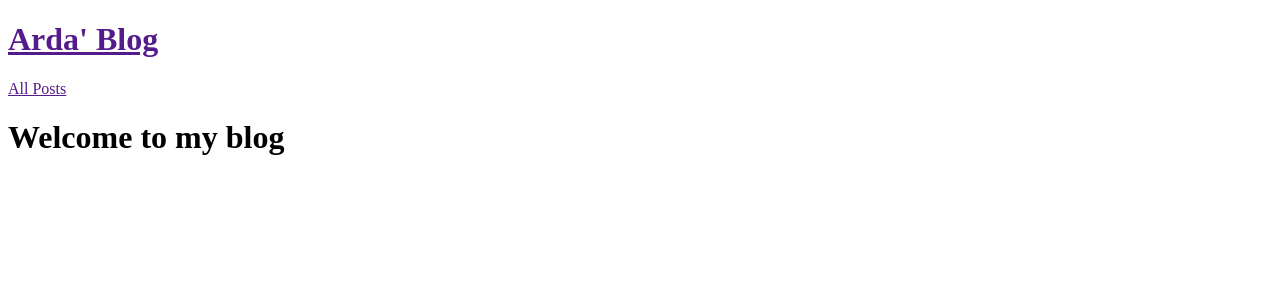
Repository: ardagungunes/my-blog
Page: http://localhost/
The author's editor kept a copy of each file at every save. The page is drawn from the files as they stood at one save, then again after a run of saves.
The browser window is 1280 px wide. The pictures show the whole page.
The page is served by the project's application, run on Django 5.2 (manage.py).

Above is the page before, as saved 2024-07-25 17:52:15.

After the next 2 saves:
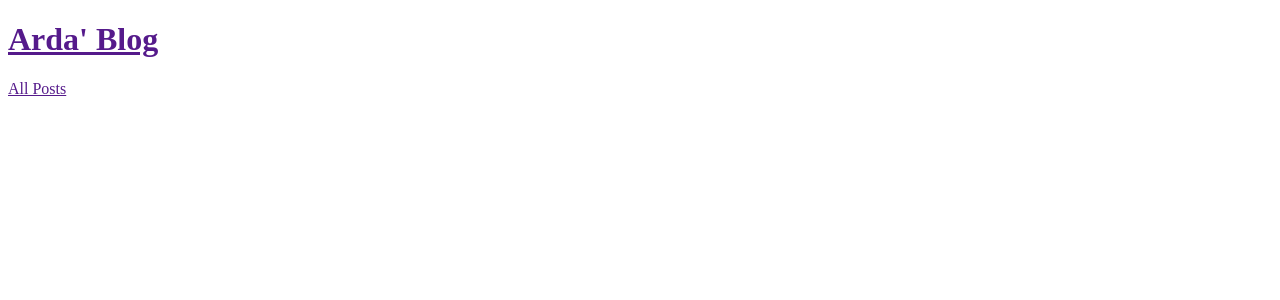
The 2 saves are shown as one change because they came seconds apart.
The last was saved 58 s later.
--- a/blog/templates/blog/index.html
+++ b/blog/templates/blog/index.html
@@ -15,6 +15,6 @@ My Blog
     </nav>
 </header>
 
-<h1>Welcome to my blog</h1>
+<section>
 
 {%endblock%}
